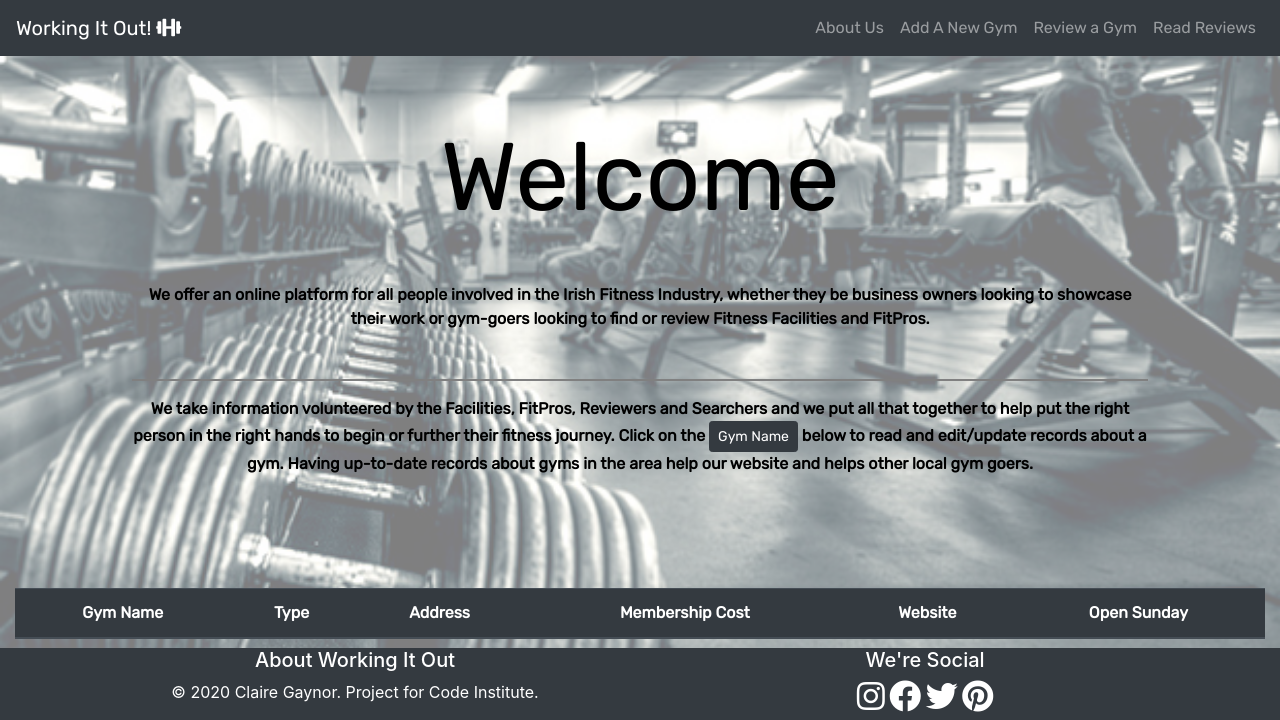
Repository: cgaynor91/Working_It_Out
Page: http://localhost/
The author's editor kept a record of every edit. The page is drawn from the files as they stood at one moment, then again after the next edit.
The browser window is 1280 px wide. The pictures show the whole page.
Some web libraries are served in a nearby version. The page is served by the project's application, run on Flask 3 (app.py). Queries for data that is not in the repository find no rows.

Above is the page before.

### templates/home.html
{% extends 'base.html'%} {% block content %}

<div class="container-fluid">
 <div class="container justify-content-center">
  <div class="col-12 jumbo-text">
   <div class="jumbotron">
    <h1 class="display-3">Welcome</h1>
    <p class="welcome-para"></b>We offer an online platform for all people involved in the Irish Fitness Industry, whether they be business owners looking to showcase their work or gym-goers looking to find or review Fitness Facilities and FitPros.</p>
    <hr>
    <p class="welcome-para">We take information volunteered by the Facilities, FitPros, Reviewers and Searchers and we put all that together to help put the right person in the right hands to begin or further their fitness journey. Click on the <button type="button" class="btn btn-dark btn-sm">Gym Name</button>     below to read and edit/update records about a gym. Having up-to-date records about gyms in the area help our website and helps other local gym goers.</p>
   </div>
  </div>
 </div>



 <!-- Table of gym Data -->
 <div class="row justify-content-center">
  <div class="col-12 col-md-8 table-responsive table-data">
   <table class="table table-hover">
    <thead class="thead-dark">
     <tr>
      <th scope="col">Gym Name</th>
      <th scope="col">Type</th>
      <th scope="col">Address</th>
      <th scope="col">Membership Cost</th>
      <th scope="col">Website</th>
      <th scope="col">Open Sunday</th>
     </tr>
    </thead>


    <tbody>
     {% for gym in gyms %}
     <tr>
      <td><a class="btn btn-outline-dark btn-home" href="{{url_for('edit_gym', gym_id=gym._id)}}" role="button">{{gym.gym_name}}</a></td>
      <td>{{gym.gym_type}}</td>
      <td>{{gym.gym_address}}</td>
      <td>{{gym.cost}}</td>
      <td>{{gym.gym_url}}</td>
      <td>{{gym.open_sunday}}</td>
     </tr>
     {% endfor %}
    </tbody>
   </table>
</div>


  {% endblock %}

### templates/base.html
<!DOCTYPE html>
<html>

<head>
    <link href="https://fonts.googleapis.com/css?family=Rubik&display=swap" rel="stylesheet">
    <link rel="stylesheet" href="https://stackpath.bootstrapcdn.com/bootstrap/4.4.1/css/bootstrap.min.css">
    <link rel="stylesheet" href="https://cdnjs.cloudflare.com/ajax/libs/font-awesome/5.12.0/css/all.min.css" />
    <link rel="stylesheet" href="{{ url_for('static', filename='css/style.css') }}" type="text/css" />
    <title>Working It Out!</title>
</head>

<body>
    <header>
        <!-- Navbar taken from Bootstrap -->
        <nav class="navbar navbar-expand-md navbar-dark bg-dark home-text">
            <a class="navbar-brand" href="{{url_for('get_gyms')}}">Working It Out! <i
                    class="fas fa-dumbbell"></i></a>
            <button class="navbar-toggler" type="button" data-toggle="collapse" data-target="#navbarNavAltMarkup" aria-controls="navbarNavAltMarkup" aria-expanded="false" aria-label="Toggle navigation">
                <span class="navbar-toggler-icon"></span>
            </button>
            <div class="collapse navbar-collapse" id="navbarNavAltMarkup">
                <div class="navbar-nav ml-auto">
                    <a class="nav-item nav-link" href="{{url_for('about')}}">About Us</a>
                    <a class="nav-item nav-link" href="{{url_for('add_new_gym')}}">Add A New Gym</a>
                    <a class="nav-item nav-link" href="{{url_for('gym_review')}}">Review a Gym</a>
                    <a class="nav-item nav-link" href="{{url_for('read_review')}}">Read Reviews</a>


                </div>
            </div>

        </nav>
    </header>

    <!-- Background image -->
    <div class="container-fluid bg"></div>


    {% block content %} {% endblock %}

    <!--Footer-->
    <footer class="fixed-bottom">
        <div class="container">
            <div class="row">
                <div class="col l6 s12">
                    <h5>About Working It Out</h5>
                    <p> © 2020 Claire Gaynor. Project for Code Institute.</p>
                </div>
                <div class="col l4 offset-l2 s12">
                    <h5>We're Social</h5>
                    <a href="https://www.instagram.com/" target="_blank"><i class="fab fa-instagram fa-2x" style="color:white"></i></a>
                    <a href="https://www.facebook.com/" target="_blank"><i class="fab fa-facebook fa-2x" style="color:white"></i></a>
                    <a href="https://www.twitter.com/" target="_blank"><i class="fab fa-twitter fa-2x" style="color:white"></i>
                    <a href="https://www.pinterest.com/" target="_blank"><i class="fab fa-pinterest fa-2x" style="color:white"></i></a>
                </div>
            </div>
        </div>
    </footer>



    <script src="https://code.jquery.com/jquery-3.4.1.slim.min.js"></script>
    <script src="https://cdn.jsdelivr.net/npm/popper.js@1.16.0/dist/umd/popper.min.js"></script>
    <script src="https://stackpath.bootstrapcdn.com/bootstrap/4.4.1/js/bootstrap.min.js"></script>
</body>

</html>

### app.py
import os
from flask import Flask, render_template, redirect, request, url_for
from flask_pymongo import PyMongo
from bson.objectid import ObjectId

app = Flask(__name__)
app.config["MONGO_DBNAME"] = 'working_it_out'
app.config["MONGO_URI"] = os.getenv('MONGO_URI')

mongo = PyMongo(app)


@app.route('/')
@app.route('/get_gyms')
def get_gyms():
    return render_template("home.html", gyms=mongo.db.gyms.find())

@app.route("/about")
def about():
    return render_template("about.html")


@app.route("/add_new_gym")
def add_new_gym():
    return render_template("add_gym.html")

# Sends the data that the user inserts to the database

@app.route("/insert_gym", methods=['POST'])
def insert_gym():
    gym = mongo.db.gyms
    gym.insert_one({
        'gym_name': request.form.get('gym_name'),
        'gym_type': request.form.get('gym_type'),
        'gym_address':request.form.get('gym_address'),
        'cost':request.form.get('cost'),
        'gym_url':request.form.get('gym_url'),
        })
    return redirect(url_for('get_gyms'))


# Allows user to update information about a gym

@app.route("/edit_gym/<gym_id>")
def edit_gym(gym_id):
    the_gym = mongo.db.gyms.find_one({"_id": ObjectId(gym_id)})
    return render_template("update_gym.html", gym=the_gym)

@app.route("/update_gym/<gym_id>", methods=["POST"])
def update_gym(gym_id):
    gym = mongo.db.gyms
    gym.update({'_id': ObjectId(gym_id)}, {
        'gym_name' : request.form.get('gym_name'),
        'status' : request.form.get('gym_type'),
        'address' : request.form.get('gym_address'),
        'cost' : request.form.get('cost'),
        'gym_url' : request.form.get('gym_url')
    })
    return redirect(url_for('get_gyms'))

# Delete option for a user if they wish to delete a review they wrote or delete a review written by someone else that may be incorrect

@app.route("/delete_gym/<gym_id>")
def delete_gym(gym_id):
    mongo.db.gyms.remove({'_id': ObjectId(gym_id)})
    return redirect(url_for('get_gyms'))

@app.route("/leave_review")
def gym_review():
    return render_template("gym_review.html", gyms=mongo.db.gyms.find())

# Sends the data that the user inserts to the database

@app.route("/gym_review", methods=['POST'])
def insert_review():
    review = mongo.db.reviews
    review.insert_one(request.form.to_dict())
    return redirect(url_for('gym_review'))


@app.route("/read_review")
def read_review():
    return render_template("read_reviews.html", reviews=mongo.db.reviews.find())

if __name__ == '__main__':
    app.run(host=os.environ.get('IP'),
            port=int(os.environ.get('PORT')),
            debug=True)

### static/css/style.css
@import url('https://fonts.googleapis.com/css?family=Rubik&display=swap');

.body {
    min-height: 100%;
    font-family: 'Rubik', sans-serif;
}

.container-fluid {
    text-align: center;
}

.nav-link {
    display: block;
    padding: .5rem 1rem;
    font-family: 'Rubik', sans-serif;
}

.container-fluid-reviews {
    text-align: left;
}

.display-3 {
    font-size: 6rem;
    font-weight: 300;
    line-height: 1.2;
    margin-bottom: 3rem;
    font-family: 'Rubik', sans-serif;
}

hr {
    border: 1px solid grey;
}

.home-text {
    font-family: 'Rubik', sans-serif;
}

.welcome-para {
    margin-top: 0px;
    margin-bottom: 3rem;
    font-family: 'Rubik', sans-serif;
}

.col-12 {
    -ms-flex: 0 0 100%;
    flex: 0 0 100%;
    max-width: 100%;
}

.bg {
    background-image: url(../images/bg-image.png);
    background-size: cover;
    height: 100%;
    overflow: hidden;
    position: fixed;
    width: 100%;
    opacity: 0.5;
    z-index: -1;
}

.jumbotron {
    background-color: transparent;
    margin-bottom: 0px;
}

.jumbo-text {
    color: #000;
    font-weight: bolder;
    font-family: 'Rubik', sans-serif;
}

.btn-home {
    font-weight: bold;
    min-width: 250px;
}

.table td,
.table th {
    padding: .75rem;
    vertical-align: top;
    border-top: 1px solid #dee2e6;
    font-weight: bolder;
    font-family: 'Rubik', sans-serif;
}


.media {
    font-weight: bolder;
}

.media-body {
    -ms-flex: 1;
    flex: 1;
    font-weight: bolder;
}

.fixed-bottom {
    background-color: #343a40;
    color: #fff;
}

.review {
    display: -ms-flexbox;
    display: flex;
    -ms-flex-wrap: wrap;
    flex-wrap: wrap;
    margin-right: -15px;
    margin-left: -15px;
    margin-bottom: 50px;

}





/*

After the next edit:
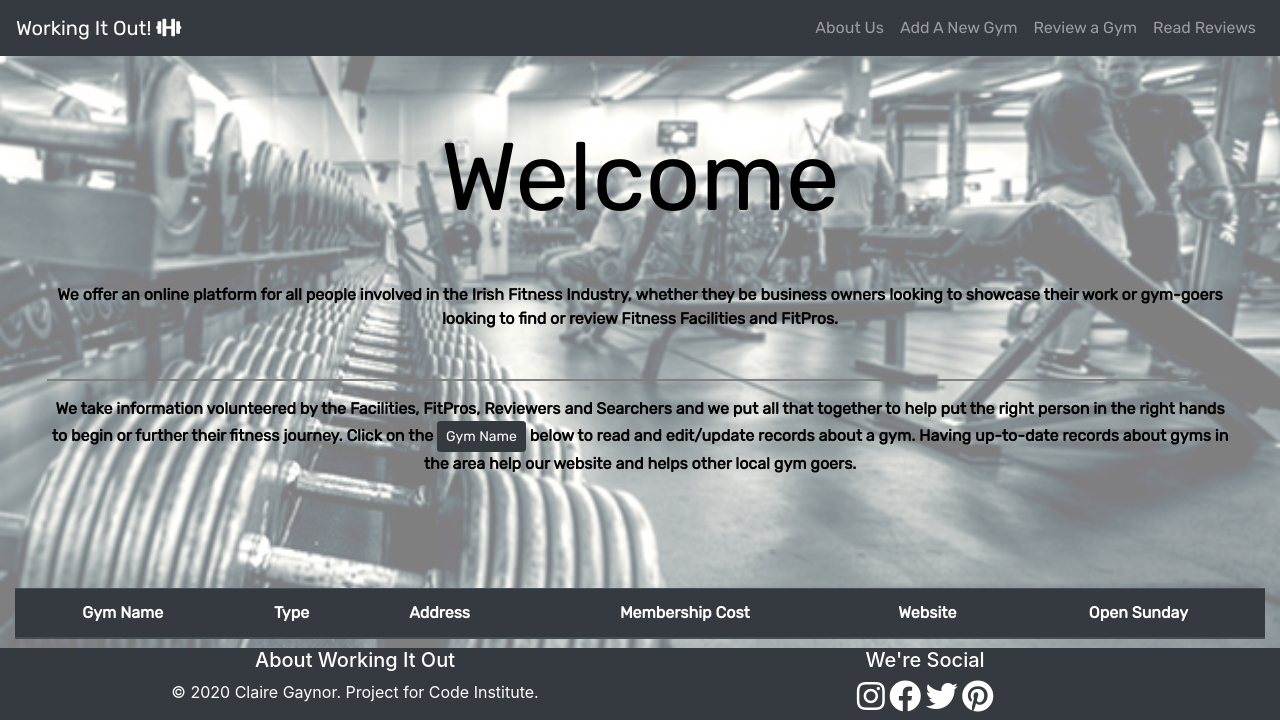
The edit:
--- a/templates/home.html
+++ b/templates/home.html
@@ -1,7 +1,9 @@
 {% extends 'base.html'%} {% block content %}
 
 <div class="container-fluid">
- <div class="container justify-content-center">
+
+ <!-- Welcome Page -->
+ <div class="row justify-content-center">
   <div class="col-12 jumbo-text">
    <div class="jumbotron">
     <h1 class="display-3">Welcome</h1>
